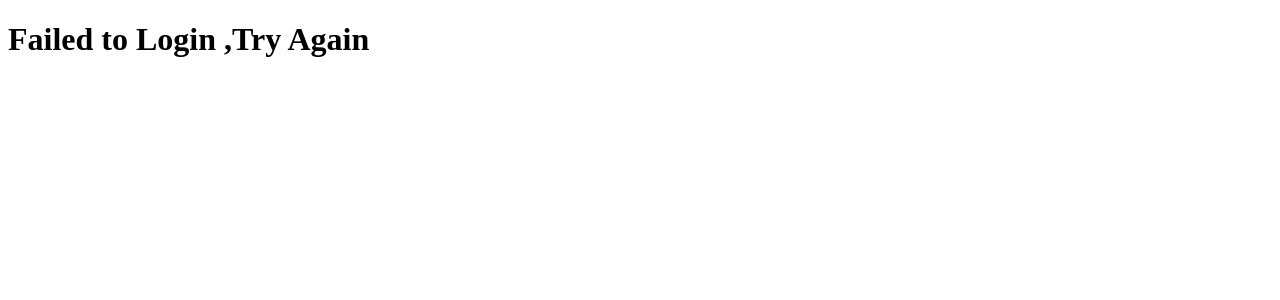
Repository: MaheshAwaji/JavaProjects
Page: http://localhost/servelet1/error.jsp
An editor plug-in stored every save of this project. The page is shown before and after the next save, followed by the edit.
The browser window is 1280 px wide. The pictures show the whole page.
The page is served by Tomcat 9. Other server files are loaded and not shown.

Above is the page before, as saved 2024-07-01 10:22:14.

### servelet1/src/main/webapp/error.jsp
<%@page import="java.util.List"%>

<%@ page language="java" contentType="text/html; charset=ISO-8859-1"
	pageEncoding="ISO-8859-1"%>
<!DOCTYPE html>
<html>
<head>
<meta charset="ISO-8859-1">
<title>Insert title here</title>
</head>
<body>
	<h1>Failed to Login ,Try Again</h1>
</body>
</html>

After the next save:
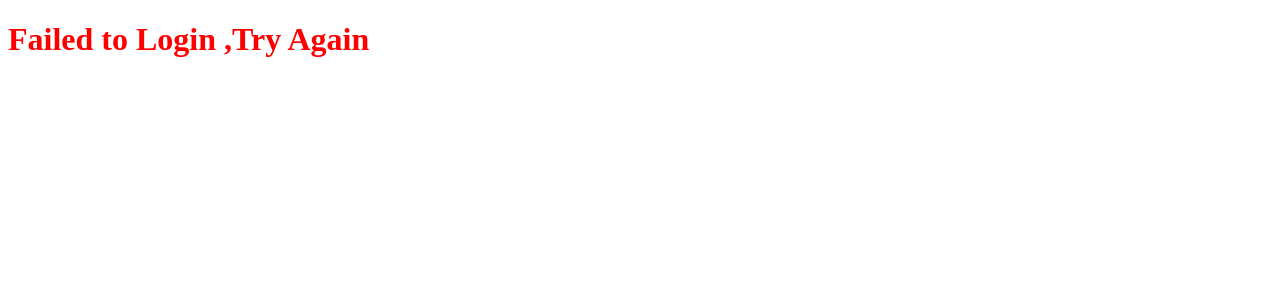
Saved 2 min 13 s later.
--- a/servelet1/src/main/webapp/error.jsp
+++ b/servelet1/src/main/webapp/error.jsp
@@ -9,6 +9,6 @@
 <title>Insert title here</title>
 </head>
 <body>
-	<h1>Failed to Login ,Try Again</h1>
+	<h1 style="color: red" >Failed to Login ,Try Again</h1>
 </body>
 </html>
